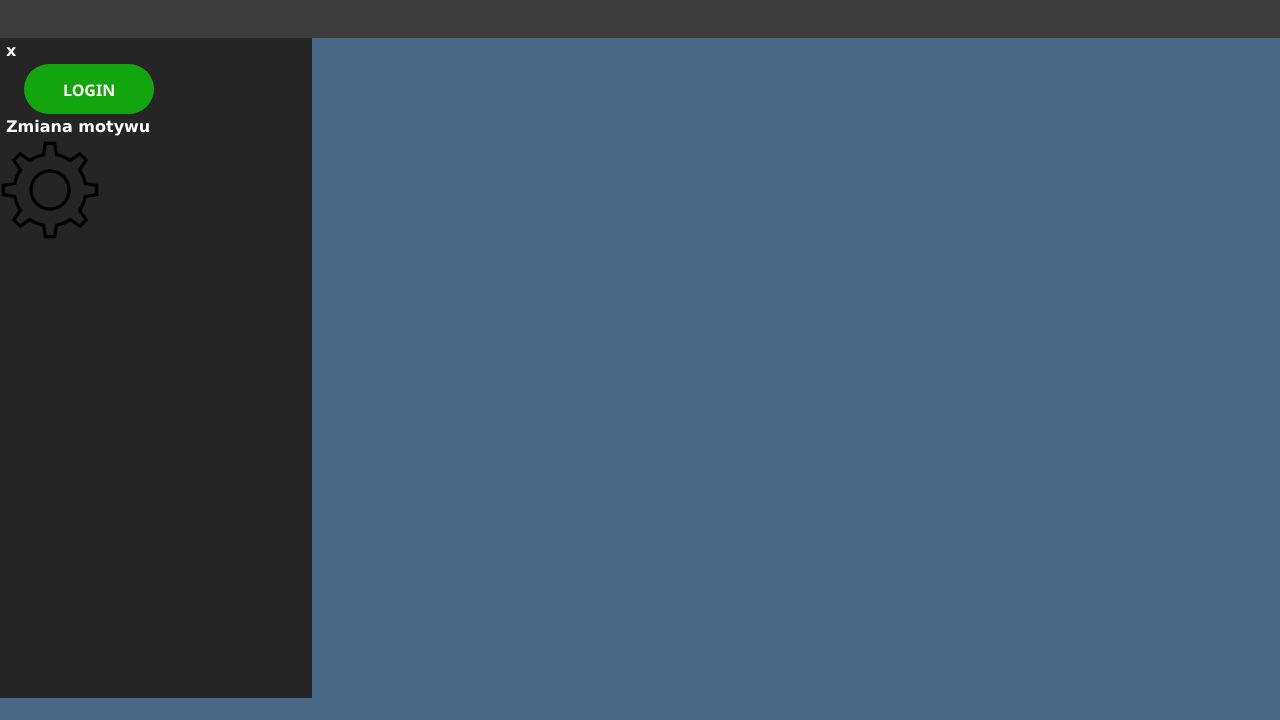
Repository: K4ziWolf/kazi
Page: /, after clicking the first element matching `button.btn`
These files come from the project's save history. The page is drawn as it stood at one moment and after the next save; the edit follows.
The browser window is 1280 px wide. The pictures show the whole page.
The project was rebuilt for these pictures with package versions that can differ from the ones it lists, and the page was loaded fresh each time. Also part of the build but not shown: vue.config.js, src/components/login_screen.vue, src/components/option_screen.vue.

Above is the page before, as saved 2023-10-20 22:33:52.

After the next save:
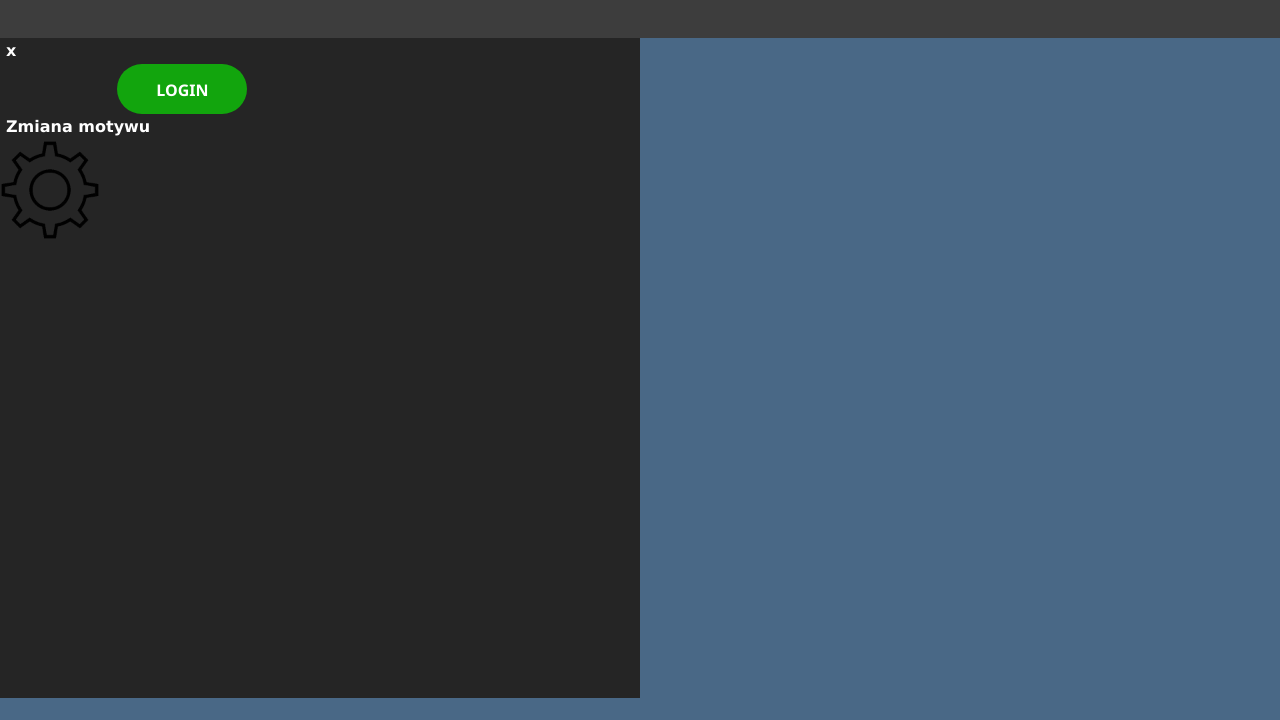
Saved 4 s later.
--- a/src/components/menu_screen.vue
+++ b/src/components/menu_screen.vue
@@ -1,5 +1,5 @@
 <template>
-  <div class="holder-ten1 col-sm-" id="menu_holder" :class="menu_box_show">
+  <div class="holder-ten1 col-sm-6" id="menu_holder" :class="menu_box_show">
     <div class="pole-exit-btn" id="Exit_menu_button">
       <button class="exit-baton" id="menu_exit_button" @click="hideMenuScreen">x</button>
       <button class="baton" id="poka-login" v-bind:class="open_login_button" @click="showLoginScreen">
